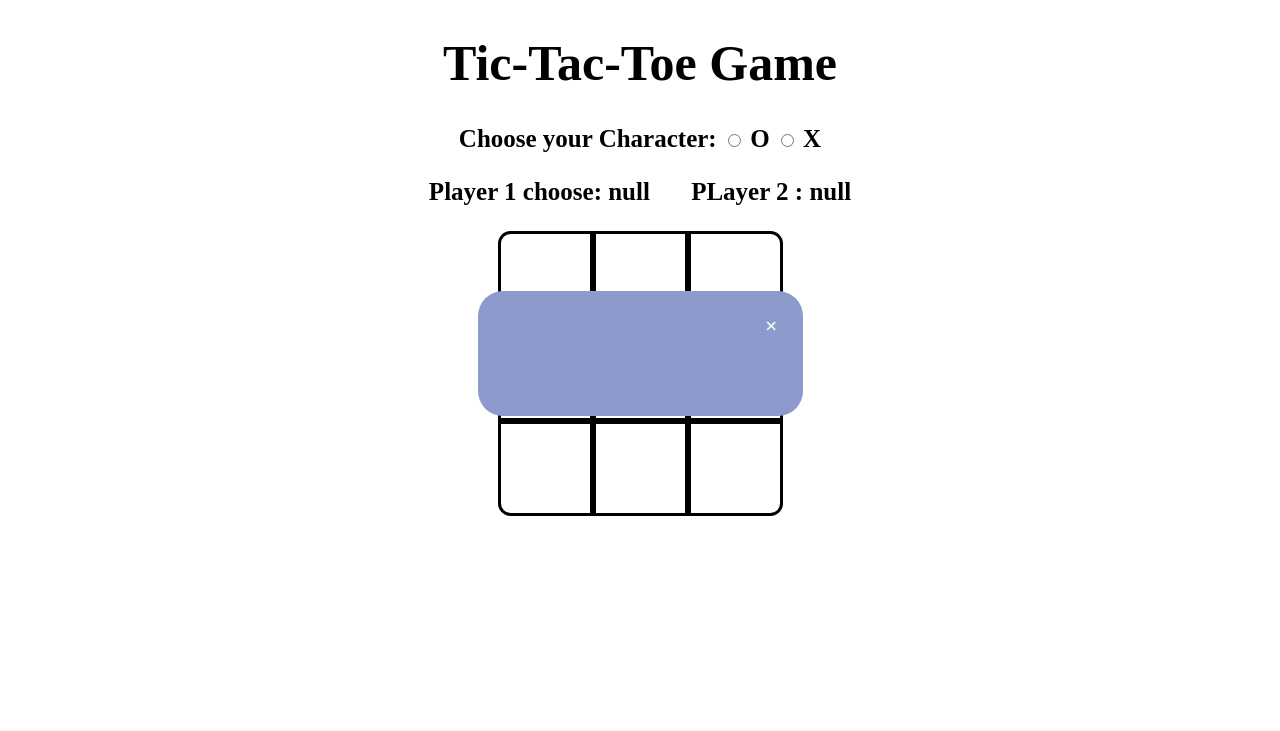
Repository: 0101chaitanya/Tic-Tac-Toe
Page: index.html
An editor plug-in stored every save of this project. The page is shown before and after the next save, followed by the edit.
The browser window is 1280 px wide. The pictures show the whole page.

Above is the page before, as saved 2021-06-12 12:16:16.

After the next save:
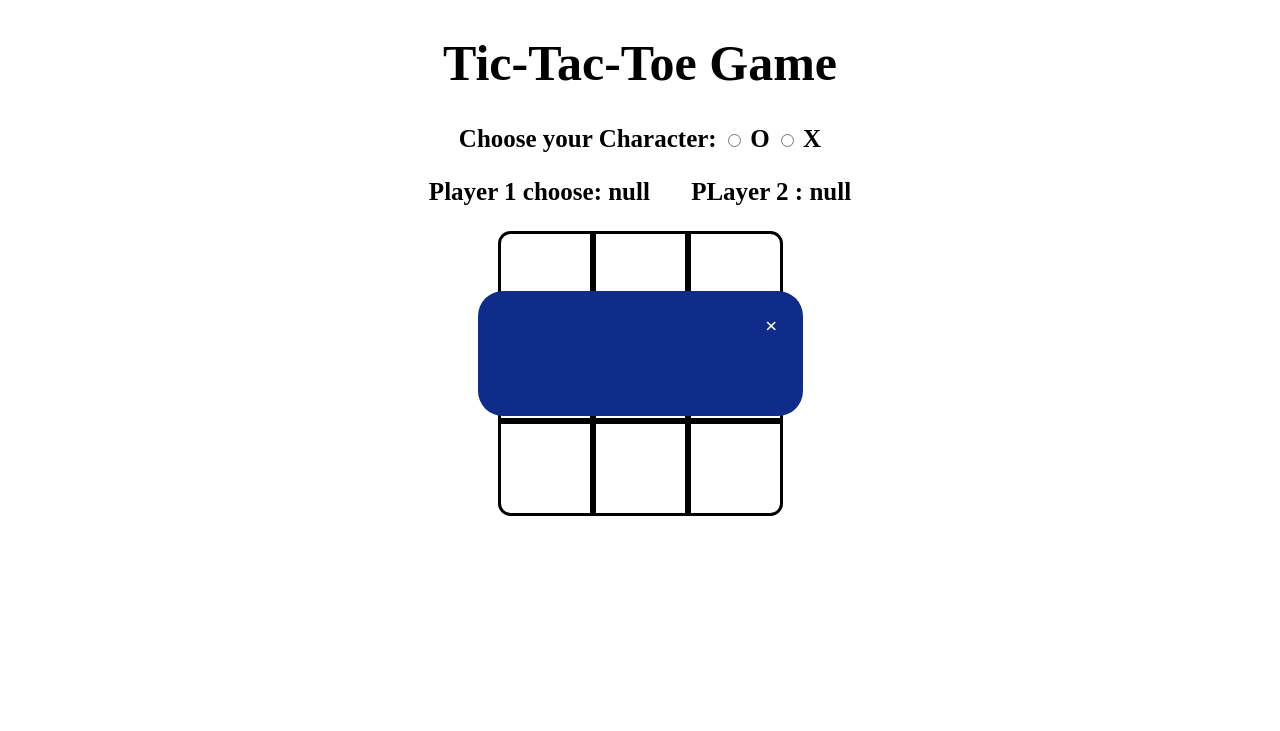
Saved 11 s later.
--- a/styles.css
+++ b/styles.css
@@ -103,7 +103,7 @@ label>input {
     position: relative;
     top: -12rem;
     border-color: rgb(162, 162, 192);
-    background-color: rgb(140, 155, 204);
+    background-color: rgb(15, 44, 138);
     color: white;
     opacity: 1;
     transition: opacity 0.6s;
